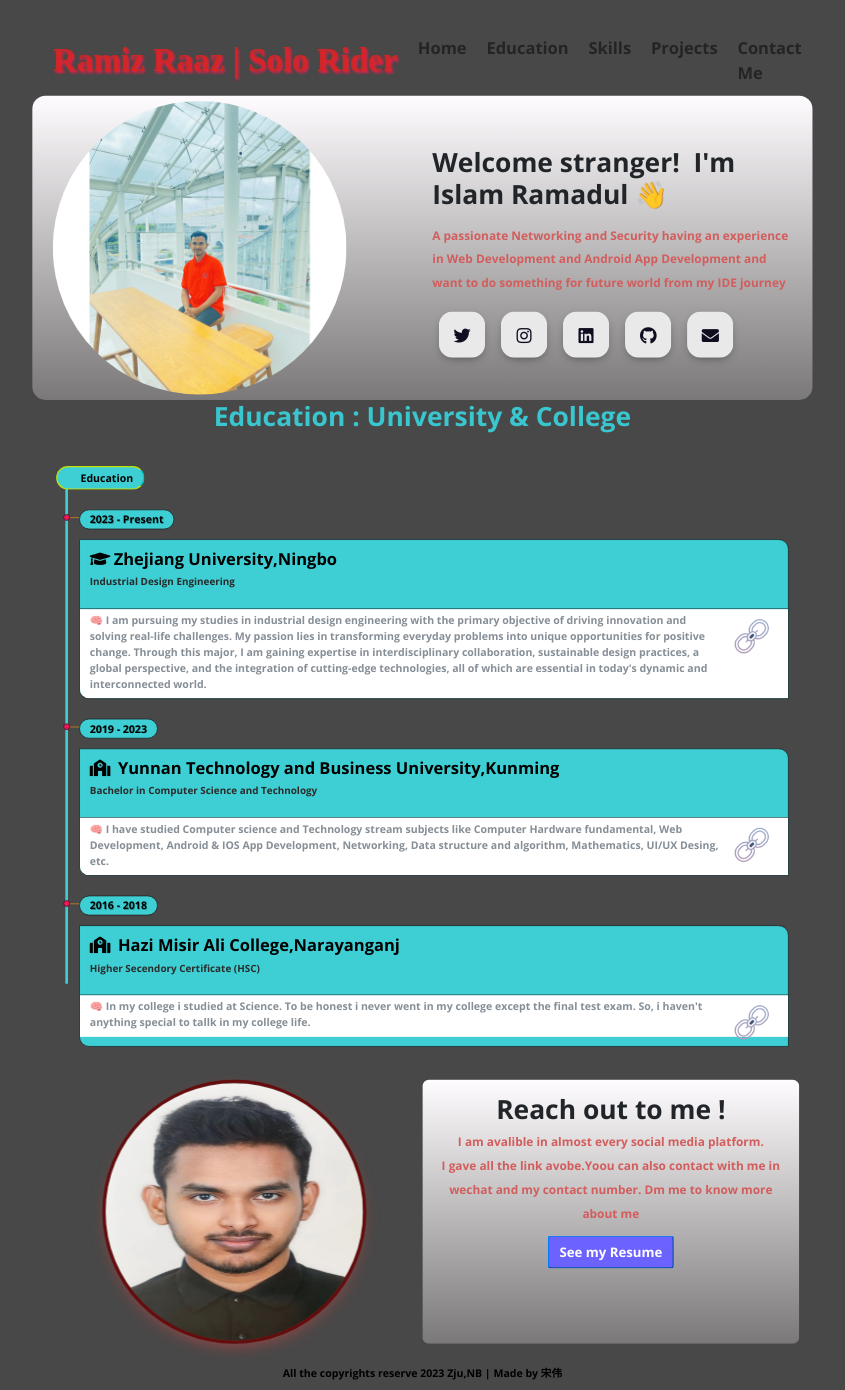
Repository: ramizraaz/ZjuProtfolio
Page: index.html
These files come from the project's save history. The page is drawn as it stood at one moment and after the next save; the edit follows.
The browser window is 1280 px wide. The pictures show the whole page, at 66% of full size.
Some web fonts or font styles are not loaded; a fallback is used. Some web libraries are served in a nearby version.

Above is the page before, as saved 2023-10-08 19:48:06.

After the next save:
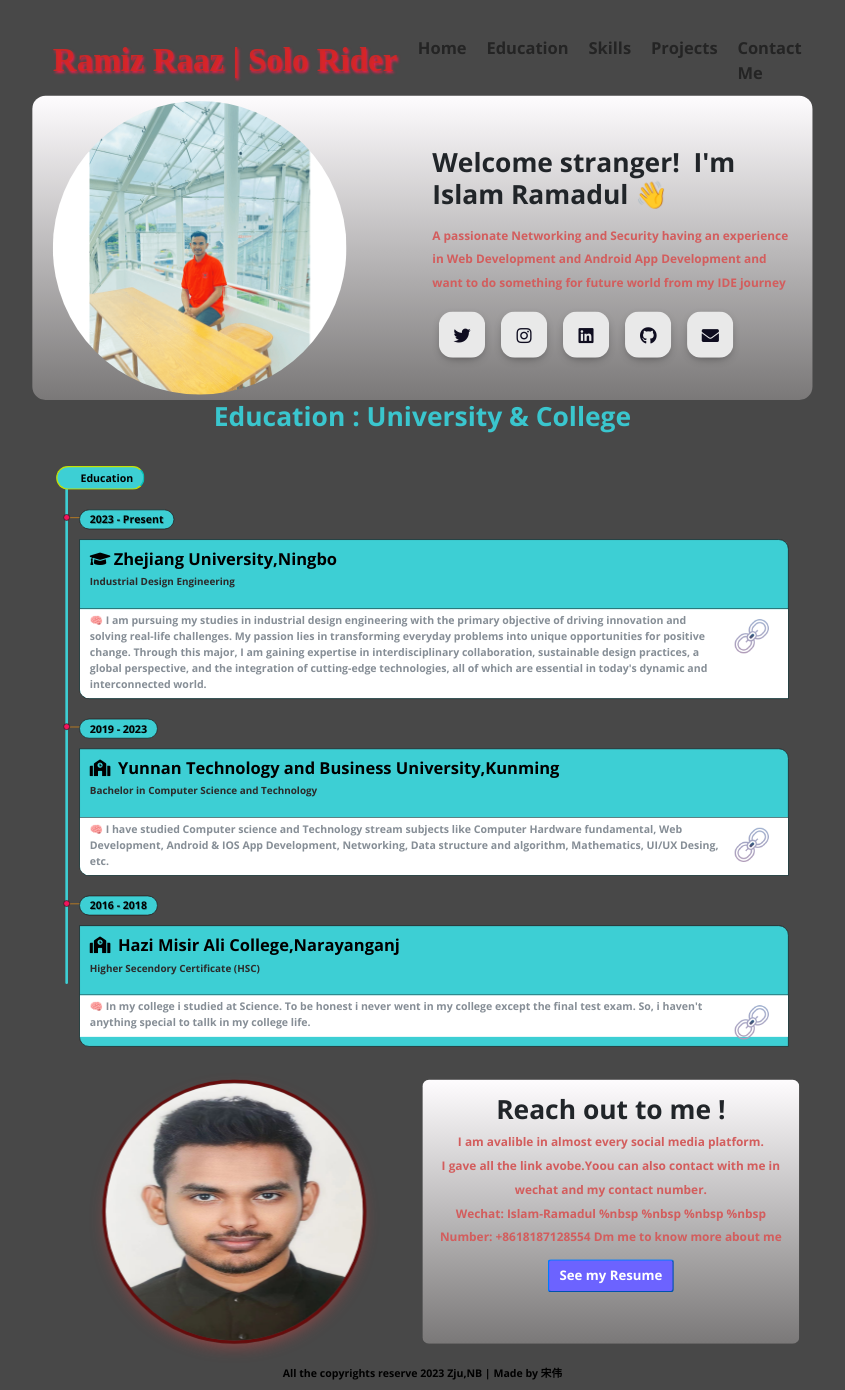
Saved 60 s later.
--- a/index.html
+++ b/index.html
@@ -161,7 +161,8 @@
         <div class="col-lg-6 col-md-6 context">
             <h1>Reach out to me !</h1>
             <p>I am avalible in almost every social media platform.<br>
-                I gave all the link avobe.Yoou can also contact with me in wechat and my contact number. Dm me to know more about me</p>
+                I gave all the link avobe.Yoou can also contact with me in wechat and my contact number.<br>
+                Wechat: Islam-Ramadul %nbsp %nbsp %nbsp %nbsp Number: +8618187128554 Dm me to know more about me</p>
                 <a href="JCRN  Resume.pdf" target=_blank><button type="button" class=" btn-primary btn-lg Resume">See my Resume</button></a>
          </div>
     </div>
